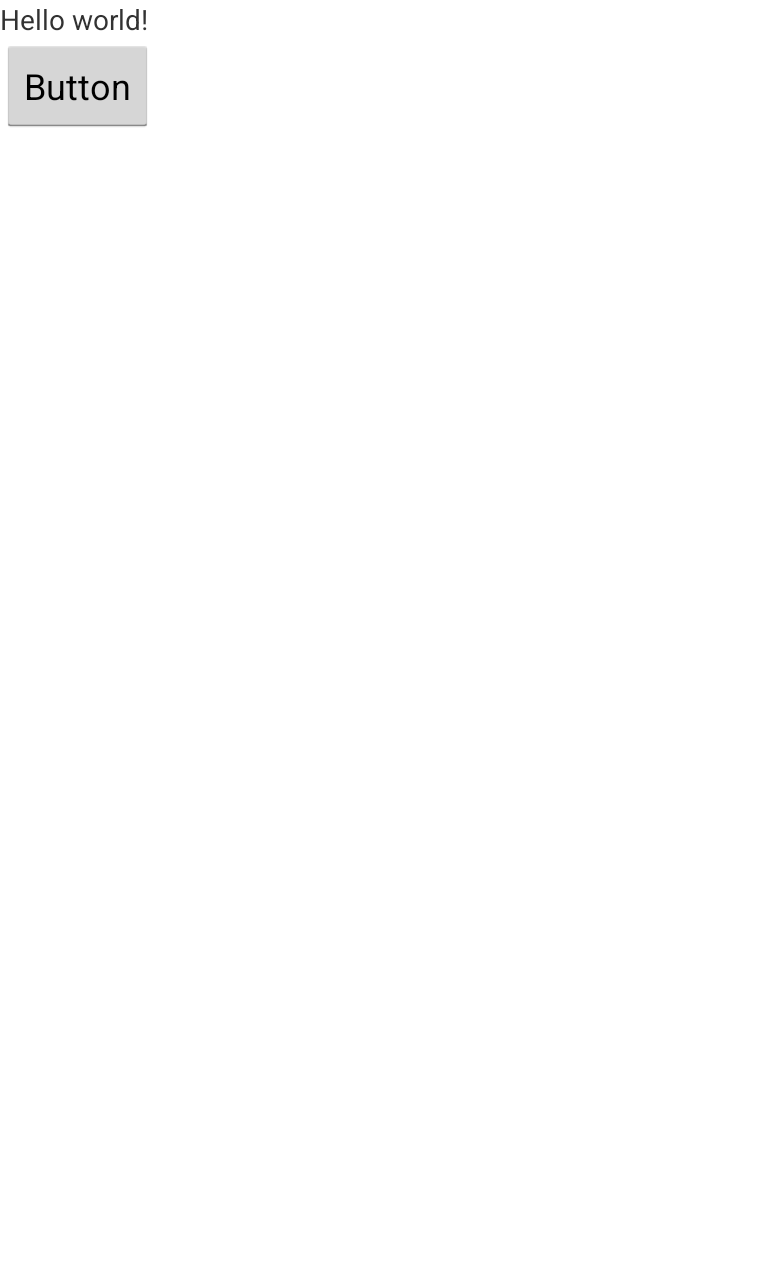
Repository: mchenyuxiang/studyAndroid
Layout: L008Intents/res/layout/activity_main.xml
These files come from the project's save history. The layout is drawn as it stood at one moment and after the next save; the edit follows.
It is drawn on a 768 x 1280 px phone screen (xhdpi) without system bars, with theme AppTheme; the app's code is not run.

Above is the layout before, as saved 2015-02-01 06:38:32.

After the next save:
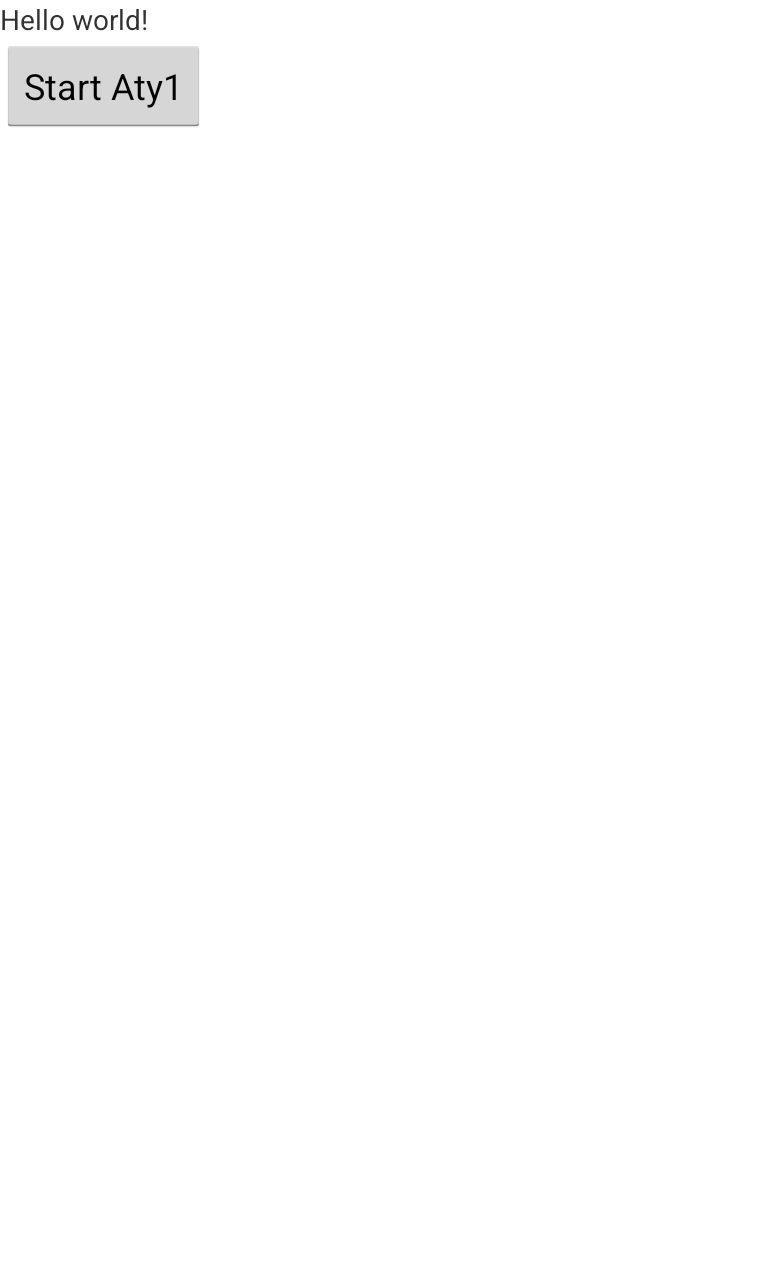
Saved 14 s later.
--- a/L008Intents/res/layout/activity_main.xml
+++ b/L008Intents/res/layout/activity_main.xml
@@ -11,9 +11,9 @@
         android:text="@string/hello_world" />
 
     <Button
-        android:id="@+id/button1"
+        android:id="@+id/btnStartAty1"
         android:layout_width="wrap_content"
         android:layout_height="wrap_content"
-        android:text="Button" />
+        android:text="Start Aty1" />
 
 </LinearLayout>
